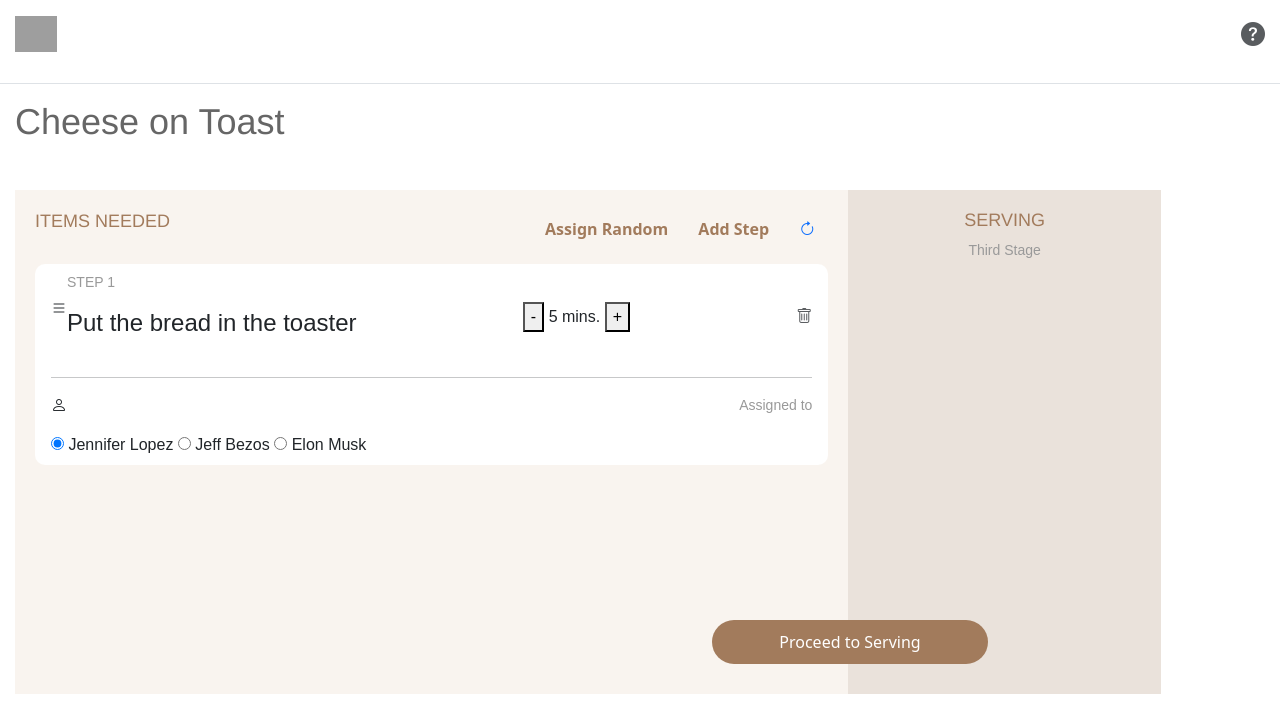
Repository: devashrisamani/SMC
Page: assign.html
The author's editor kept a copy of each file at every save. The page is drawn from the files as they stood at one save, then again after the next save.
The browser window is 1280 px wide. The pictures show the whole page.
Pictures or frames that could not be fetched are drawn as grey boxes.

Above is the page before, as saved 2024-10-09 23:54:44.

### assign.html
<!DOCTYPE html>
<html lang="en">
  <head>
    <meta charset="UTF-8" />
    <meta name="viewport" content="width=device-width, initial-scale=1.0" />
    <link
      href="https://cdn.jsdelivr.net/npm/bootstrap@5.3.0-alpha1/dist/css/bootstrap.min.css"
      rel="stylesheet"
    />
    <link
      href="https://cdn.jsdelivr.net/npm/bootstrap-icons/font/bootstrap-icons.css"
      rel="stylesheet"
    />
    <link rel="stylesheet" href="styles.css" />
    <title>Assign Page</title>
    <style></style>
  </head>
  <body>
    <!-- Header -->
    <header class="container-fluid border-bottom py-3">
      <div class="d-flex justify-content-between align-items-center">
        <!-- Logo -->
        <div>
          <img src="img/logomark.svg" alt="Logo" class="logo" />
        </div>

        <!-- Help Icon -->
        <div>
          <i class="bi bi-question-circle-fill fs-4 text-muted"></i>
        </div>
      </div>
    </header>

    <!-- Title and Retry Button -->
    <section class="container-fluid py-3">
      <div class="d-flex justify-content-between align-items-center">
        <!-- Title -->
        <h1 class="header-title">Cheese on Toast</h1>
      </div>
    </section>
    <!-- Main Content -->
    <section class="container-fluid py-3">
      <div class="row position-relative">
        <!-- First Rectangle: Items Needed -->
        <div class="col-md-8 rectangle items-needed">
          <div class="d-flex justify-content-between align-items-center mb-3">
            <!-- Title (Items Needed) -->
            <h4 class="items-title">ITEMS NEEDED</h4>

            <!-- Add Ingredient and Refresh Button -->
            <div>
              <button class="btn btn-link add-ingredient">Assign Random</button>
              <button class="btn btn-link add-ingredient">Add Step</button>
              <button class="btn btn-link refresh-btn">
                <i class="bi bi-arrow-clockwise"></i>
              </button>
            </div>
          </div>

          <!-- Ingredients List -->
          <ul class="list-group ingredients-list">
            <!-- Ingredients will be added here -->
            <li class="step-item list-group-item">
              <div
                class="step-header d-flex align-items-center justify-content-between"
              >
                <div class="d-flex align-items-center">
                  <i class="bi bi-list handle-icon"></i>
                  <div class="step-info">
                    <p class="step-number">STEP 1</p>
                    <h4 class="step-title">Put the bread in the toaster</h4>
                  </div>
                </div>
                <div class="step-timer">
                  <button class="timer-btn">-</button>
                  <span>5 mins.</span>
                  <button class="timer-btn">+</button>
                </div>
                <i class="bi bi-trash text-muted delete-step"></i>
              </div>

              <!-- Horizontal line to separate sections -->
              <hr class="step-divider" />

              <div class="step-body">
                <div class="d-flex align-items-center">
                  <!-- Task icon before "Assigned to" -->
                  <i class="bi bi-person task-icon"></i>
                  <p class="assigned-text mb-0">Assigned to</p>
                </div>

                <!-- Radio buttons below "Assigned to" text -->
                <div class="assigned-users mt-2">
                  <label class="user-option">
                    <input type="radio" name="assigned-user" checked />
                    <span>Jennifer Lopez</span>
                  </label>
                  <label class="user-option">
                    <input type="radio" name="assigned-user" />
                    <span>Jeff Bezos</span>
                  </label>
                  <label class="user-option">
                    <input type="radio" name="assigned-user" />
                    <span>Elon Musk</span>
                  </label>
                </div>
              </div>
            </li>
          </ul>
        </div>

        <!-- Third Rectangle: Serving -->
        <div class="col-md-3 rectangle serving">
          <h5>SERVING</h5>
          <p>Third Stage</p>
        </div>

        <!-- Button inside both Cooking and Serving -->
        <div class="proceed-btn-wrapper position-absolute">
          <button class="btn btn-primary proceed-btn">
            Proceed to Serving
          </button>
        </div>
      </div>
    </section>
  </body>
</html>

### styles.css
/* Custom styles for the header */
html,
body {
  margin: 0;
  padding: 0;
  overflow-x: hidden; /* Hide horizontal scrolling */
}

.logo {
  width: 42px;
  height: 36px;
}

.bi-question-circle-fill {
  color: #a27b5c;
}

.border-bottom {
  border-color: #eee;
}

/* Title Section */
.header-title {
  font-family: "Calistoga-Regular", Helvetica, sans-serif;
  color: #666666;
  font-size: 36px;
  margin: 0;
}

.retry-btn {
  border-color: #a27b5c;
  color: #a27b5c;
  border-radius: 20px;
}

.retry-btn:hover {
  background-color: #a27b5c;
  color: #fff;
}

.container-fluid {
  max-width: 100vw; /* Ensure it does not exceed the viewport width */
  padding-right: 15px;
  padding-left: 15px;
  box-sizing: border-box;
}

.row {
  margin-right: 0;
  margin-left: 0;
}
/* Styling for the three rectangles */

.rectangle {
  background-color: #f7f3ef;
  padding: 20px;
  /* height: 100%; */
  min-height: 70vh;
}

.items-needed {
  background-color: #f9f4ef;
}

.cooking {
  background-color: #f2eee9;
  text-align: center;
}

.serving {
  background-color: #eae2db;
  text-align: center;
}

/* Title and Text Styles */
.items-title {
  font-family: "Calistoga-Regular", Helvetica, sans-serif;
  color: #a27b5c;
  font-size: 18px;
  margin-bottom: 15px;
}

.ingredients-list .list-group-item {
  border: none;
  border-radius: 10px;
  background-color: #fff;
  margin-bottom: 10px;
  font-family: "DM Sans", sans-serif;
}

.ingredients-list .list-group-item strong {
  font-size: 18px;
  color: #666666;
}

.ingredients-list .list-group-item p {
  font-size: 14px;
  color: #999999;
}

/* Add Ingredient Button */
.add-ingredient {
  color: #a27b5c;
  font-weight: bold;
  text-decoration: none;
}

.cooking h5,
.serving h5 {
  font-family: "Calistoga-Regular", Helvetica, sans-serif;
  font-size: 18px;
  color: #a27b5c;
}

.cooking p,
.serving p {
  font-family: "DM Sans", sans-serif;
  font-size: 14px;
  color: #999999;
}

/* Flexbox for the title and button alignment */
.d-flex {
  display: flex;
  justify-content: space-between;
  align-items: center;
  margin-bottom: 15px;
}

.proceed-btn-wrapper {
  position: absolute;
  bottom: 30px;
  left: 50%;
  transform: translateX(20%);
  width: 100%; /* Ensure it's 100% of its parent, not wider */
  max-width: 300px; /* Prevent it from getting too large */
  overflow: hidden;
}

.proceed-btn {
  width: 100%;
  max-width: 300px;
  background-color: #a27b5c;
  color: #fff;
  border-radius: 50px;
  font-size: 16px;
  padding: 10px 40px;
  border: none;
}

.proceed-btn:hover {
  background-color: #8c6649;
  color: #fff;
}

After the next save:
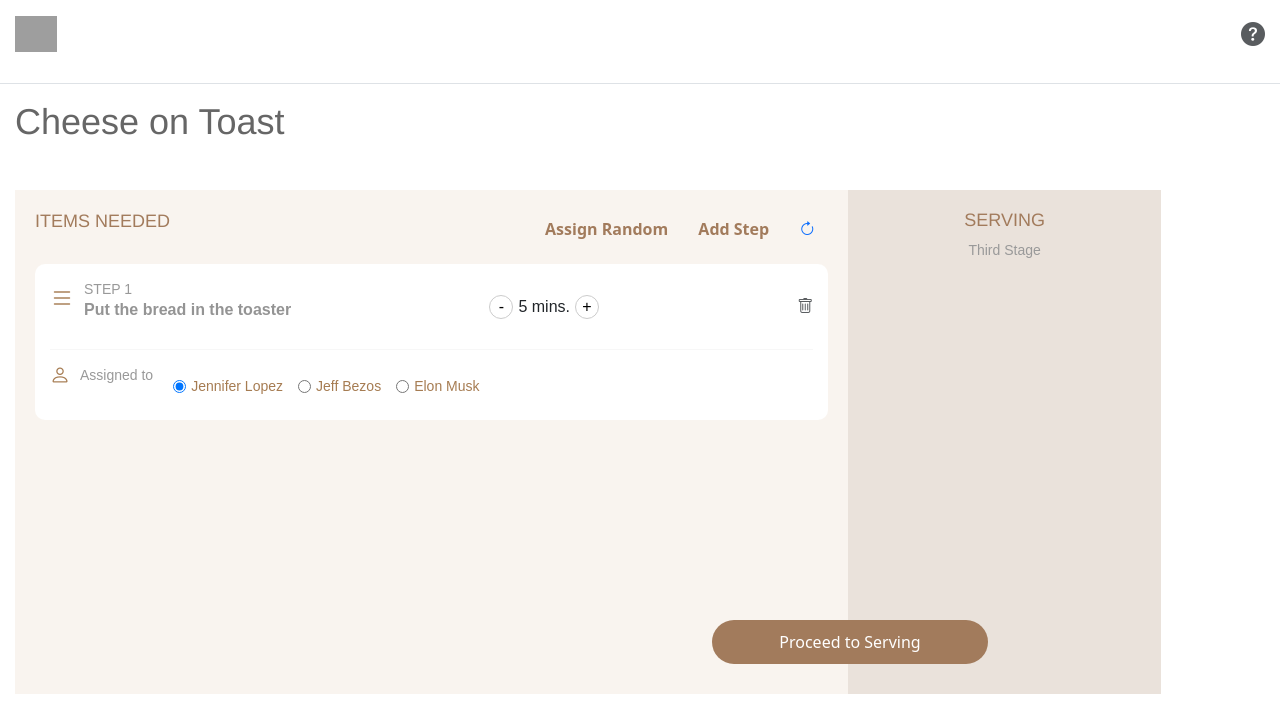
Saved 5 s later.
--- a/assign.html
+++ b/assign.html
@@ -13,7 +13,120 @@
     />
     <link rel="stylesheet" href="styles.css" />
     <title>Assign Page</title>
-    <style></style>
+    <style>
+      .step-item {
+        border: 1px solid #ddd;
+        border-radius: 10px;
+        padding: 15px;
+        background-color: #f9f9f9;
+        margin-bottom: 10px;
+      }
+
+      .step-header {
+        display: flex;
+        justify-content: space-between;
+        align-items: center;
+        margin-bottom: 15px;
+      }
+
+      .handle-icon {
+        margin-right: 10px;
+        font-size: 24px;
+        color: #a67c52;
+      }
+
+      .step-info {
+        display: inline-block;
+      }
+
+      .step-number {
+        margin: 0;
+        font-size: 12px;
+        color: #a67c52;
+      }
+
+      .step-title {
+        margin: 0;
+        font-size: 16px;
+        font-weight: bold;
+        color: #949494;
+      }
+
+      .step-divider {
+        border: none;
+        border-top: 1px solid #ddd;
+        margin: 10px 0;
+      }
+
+      .step-timer {
+        display: flex;
+        align-items: center;
+      }
+
+      .timer-btn {
+        background-color: #fff;
+        border: 1px solid #ccc;
+        border-radius: 50%;
+        width: 24px;
+        height: 24px;
+        display: inline-flex;
+        justify-content: center;
+        align-items: center;
+        margin: 0 5px;
+        cursor: pointer;
+      }
+
+      .timer-btn:hover {
+        background-color: #eee;
+      }
+
+      .delete-step {
+        color: #a67c52;
+        cursor: pointer;
+      }
+
+      .delete-step:hover {
+        color: #333;
+      }
+
+      .step-body {
+        margin-top: 10px;
+        display: flex;
+        align-items: center;
+      }
+
+      .task-icon {
+        font-size: 20px;
+        color: #a67c52;
+        margin-right: 10px;
+      }
+
+      .assigned-text {
+        font-size: 14px;
+        color: #666;
+        margin: 0 10px 0 0;
+      }
+
+      .assigned-users {
+        display: flex;
+        gap: 15px;
+        margin-left: 10px;
+      }
+
+      .user-option {
+        display: inline-flex;
+        align-items: center;
+      }
+
+      .user-option input {
+        margin-right: 5px;
+      }
+
+      .user-option span {
+        font-size: 14px;
+        color: #a67c52;
+      }
+    </style>
   </head>
   <body>
     <!-- Header -->
